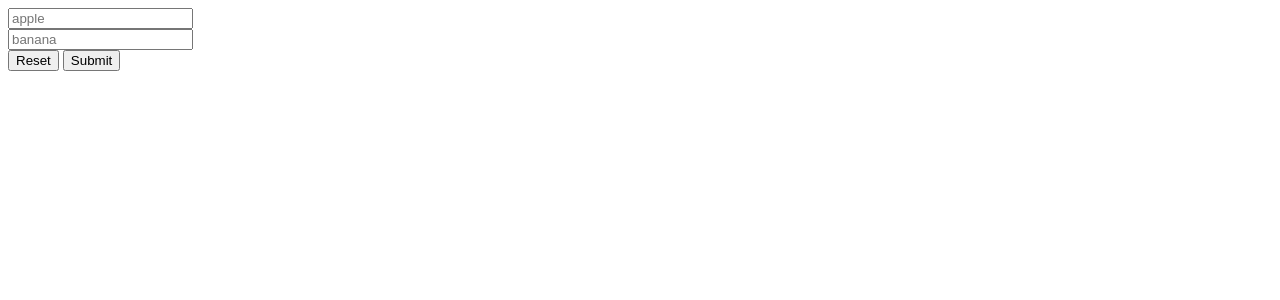
Repository: Yingjae/jsp_practice
Page: http://localhost/JSPBasic/JspObject/1.requests/req_param_send.jsp
The author's editor kept a copy of each file at every save. The page is drawn from the files as they stood at one save, then again after the next save.
The browser window is 1280 px wide. The pictures show the whole page.
The page is served by Tomcat 9.

Above is the page before, as saved 2022-02-03 05:50:29.

### JSPBasic/src/main/webapp/JspObject/1.requests/req_param_send.jsp
<%@ page language="java" contentType="text/html; charset=UTF-8"
    pageEncoding="UTF-8"%>
<!DOCTYPE html>
<html>
<head>
<meta charset="UTF-8">
<title>Insert title here</title>
</head>
<body>
<%-- 아래에 form을 만들고 내부에 input 4개를 만들어 주세요.
input태그의 type속성은 하나는 text, 하나는 password
name속성은 하나는 apple, 하나는 banana로 해주세요.
reset버튼과 submit버튼도 각각 하나씩 만들어주세요.

form의 action이 바로 목적지를 적는 부분임.
웹개발에서는 받을 페이지 화면의 주소를 적어줍니다.--%>

 	<form action="req_param_getpost.jsp" method="get">
 		<input type="text" name="apple" placeholder="apple" /><br/>
 		<input type="password" name="banana" placeholder="banana"><br/>
 		<input type="reset" />
 		<input type="submit" />
 	</form>
</body>
</html>

After the next save:
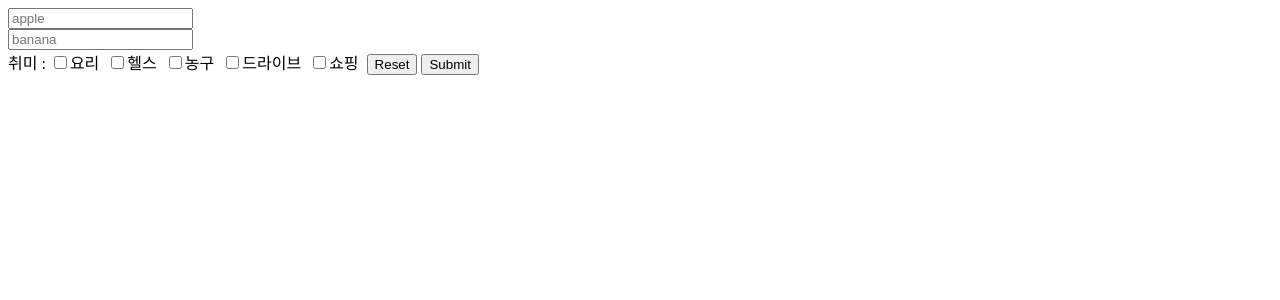
Saved 16 min 34 s later.
--- a/JSPBasic/src/main/webapp/JspObject/1.requests/req_param_send.jsp
+++ b/JSPBasic/src/main/webapp/JspObject/1.requests/req_param_send.jsp
@@ -18,6 +18,14 @@
  	<form action="req_param_getpost.jsp" method="get">
  		<input type="text" name="apple" placeholder="apple" /><br/>
  		<input type="password" name="banana" placeholder="banana"><br/>
+
+ 		취미 :
+ 		<input type="checkbox" name="hobby">요리&nbsp;
+ 		<input type="checkbox" name="hobby">헬스&nbsp;
+ 		<input type="checkbox" name="hobby">농구&nbsp;
+ 		<input type="checkbox" name="hobby">드라이브&nbsp;
+ 		<input type="checkbox" name="hobby">쇼핑&nbsp;
+
  		<input type="reset" />
  		<input type="submit" />
  	</form>
